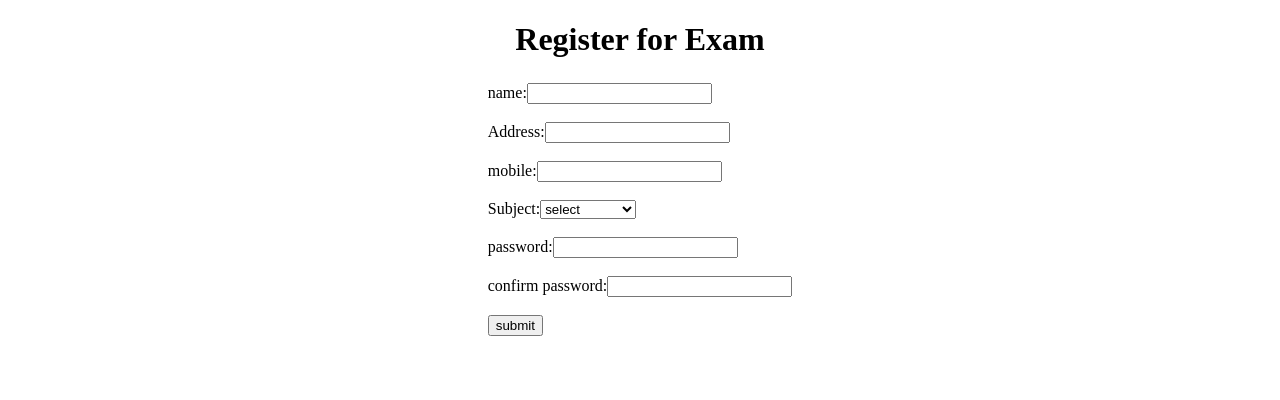
Repository: ravikumar0303/Advance-Java
Page: Assignment/OnlineExam/register.html
The author's editor kept a copy of each file at every save. The page is drawn from the files as they stood at one save, then again after the next save.
The browser window is 1280 px wide. The pictures show the whole page.

Above is the page before, as saved 2023-06-23 03:51:55.

### Assignment/OnlineExam/register.html
<!DOCTYPE html>
<html>
<head>
<meta charset="ISO-8859-1">
<title>online exam</title>

</head>
<center>
	<h1>Register for Exam</h1>
	<body>

		<form>
			<table>
				<td>name:<input type="text" id="n1"></input> <br></br> Address:<input
					type="text" id="a1"></input> <br></br> mobile:<input type="text"
					id="m1"></input> <br></br> Subject:<select>
						<option>select</option>
						<option value="cop">COP</option>
						<option value="os">OS</option>
						<option value="dbt">DBT</option>
						<option value="wpt">WPT</option>
						<option value="corejava">CORE JAVA</option>

				</select> <br></br> password:<input type="text" id="p1"></input> <br></br>
					confirm password:<input type="text" id="c1"></input> <br></br>
					<button type="submit" id="b1" value="submit">submit</button> <br></br>
				</td>
			</table>
		</form>

	</body>

</center>

</html>

After the next save:
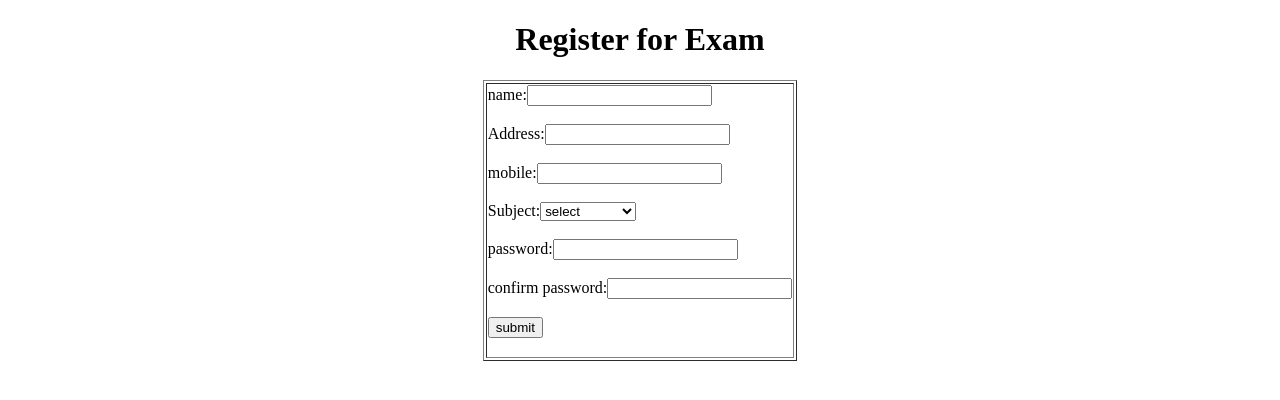
Saved 16 s later.
--- a/Assignment/OnlineExam/register.html
+++ b/Assignment/OnlineExam/register.html
@@ -10,7 +10,7 @@
 	<body>
 
 		<form>
-			<table>
+			<table border>
 				<td>name:<input type="text" id="n1"></input> <br></br> Address:<input
 					type="text" id="a1"></input> <br></br> mobile:<input type="text"
 					id="m1"></input> <br></br> Subject:<select>
